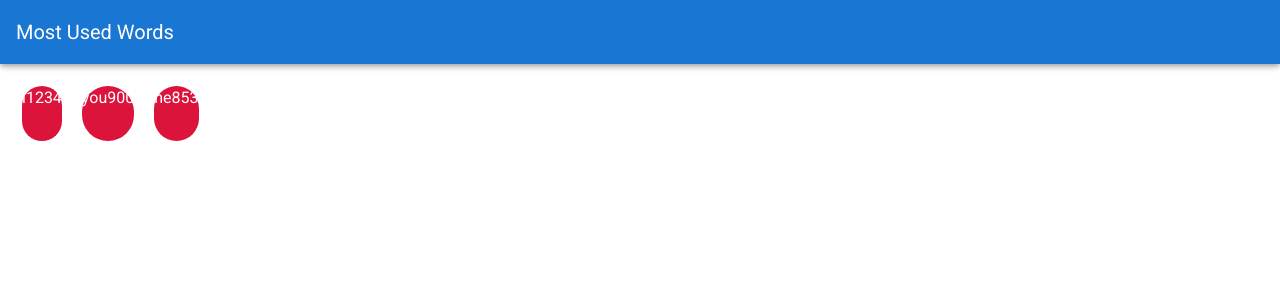
Repository: WillianPer/MOST-USED-WORDS
Page: /
These files come from the project's save history. The page is drawn as it stood at one moment and after the next save; the edit follows.
The browser window is 1280 px wide. The pictures show the whole page.
The project was rebuilt for these pictures with package versions that can differ from the ones it lists, and the page was loaded fresh each time. Also part of the build but not shown: vue.config.js.

Above is the page before, as saved 2022-09-05 21:43:59.

### src/App.vue
<template>
  <v-app>
    <v-app-bar app color="primary" dark>
      <v-toolbar-title>Most Used Words</v-toolbar-title>
    </v-app-bar>

    <v-main>
      <HomeVue/>
    </v-main>
    <!-- <v-content>
      <HomeVue/>
    </v-content> -->
  </v-app>
</template>

<script>

import HomeVue from './components/HomeVue'


export default {
  name: "App",

  components: {

    HomeVue
},

  data: () => ({
    //
  }),
};
</script>

### src/components/HomeVue.vue
<template>
    <v-container fluid>
        <div class="pills">
            <PillVue v-for="word in groupedWords" :key="word.name"
                :name="word.name" :amount="word.amount" />
        </div>
    </v-container>
</template>

<script>
import PillVue from './PillVue.vue';
export default {
    components: { PillVue },
    data: function () {
        return {
            groupedWords: [
                { name: "i", amount: 1234 },
                { name: "you", amount: 900 },
                { name: "he", amount: 853 },

            ]
        }
    }
}
</script>

<style>
    .pills {
        display: flex;
        flex-wrap: wrap;
    }

</style>

### src/components/PillVue.vue
<template>
  <div class="pill">
    <span>{{ name }}</span>
    <span>{{ amount }}</span>
  </div>
</template>

<script>
export default {
    props: [ 'name', 'amount' ]
}
</script>

<style scoped>
    .pill {
        background-color: crimson;
        color: #fff;
        margin: 10px;
        height: 55px;
        border-radius: 30px;
    }
</style>

Loaded but not shown: public/index.html (common file); src/main.js (common file); src/plugins/vuetify.js (common file)

After the next save:
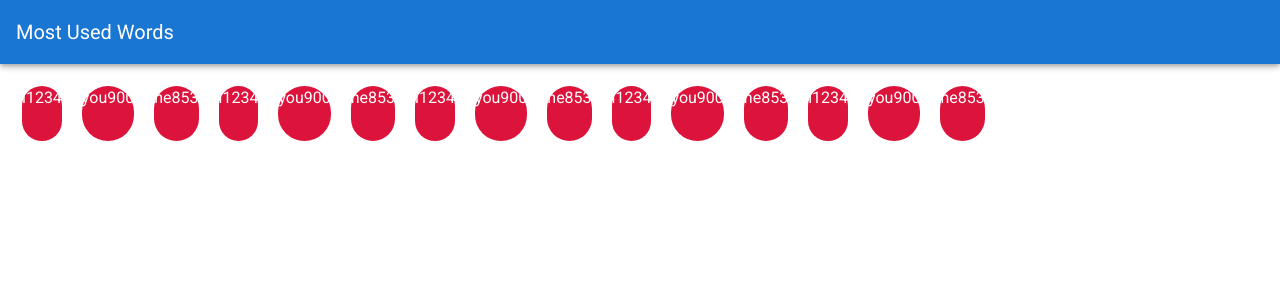
Saved 81 s later.
--- a/src/components/HomeVue.vue
+++ b/src/components/HomeVue.vue
@@ -17,7 +17,18 @@ export default {
                 { name: "i", amount: 1234 },
                 { name: "you", amount: 900 },
                 { name: "he", amount: 853 },
-
+                { name: "i", amount: 1234 },
+                { name: "you", amount: 900 },
+                { name: "he", amount: 853 },
+                { name: "i", amount: 1234 },
+                { name: "you", amount: 900 },
+                { name: "he", amount: 853 },
+                { name: "i", amount: 1234 },
+                { name: "you", amount: 900 },
+                { name: "he", amount: 853 },
+                { name: "i", amount: 1234 },
+                { name: "you", amount: 900 },
+                { name: "he", amount: 853 },
             ]
         }
     }
